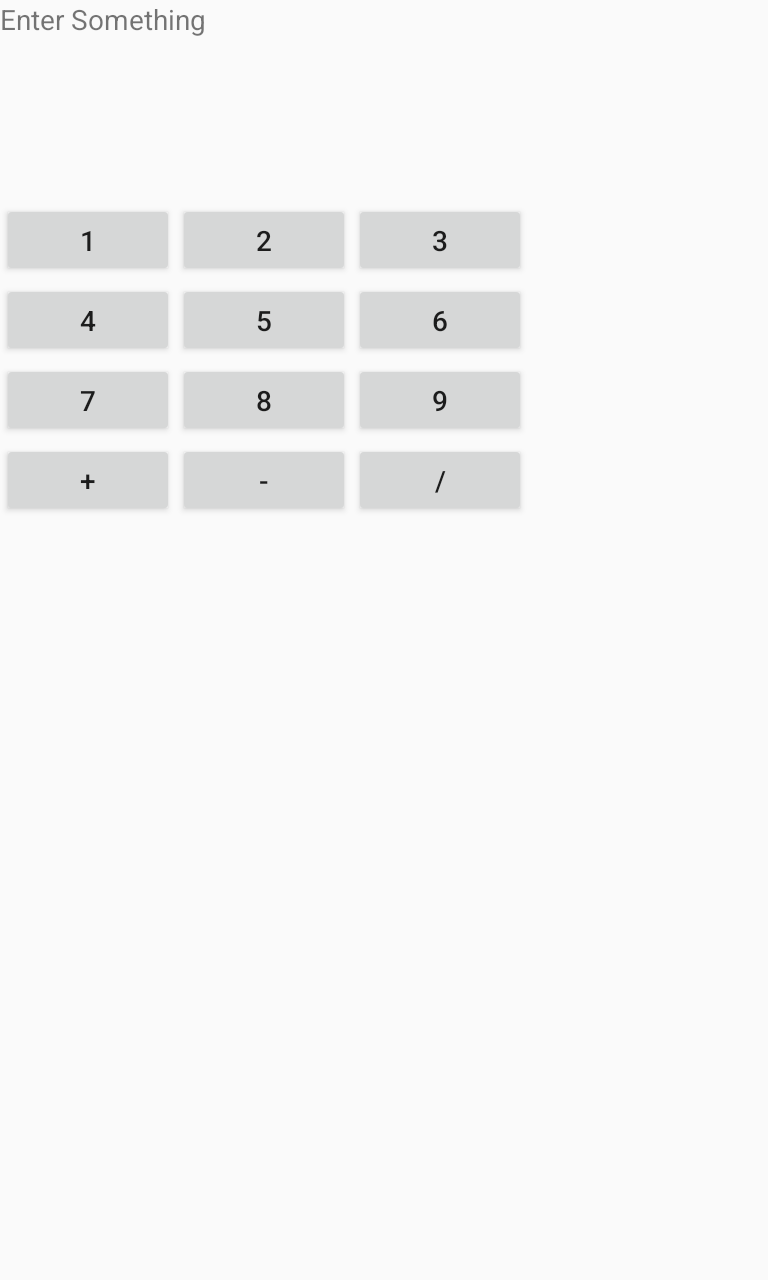
Repository: apoorvelec/AndroidApps
Layout: Calculator/res/layout/activity_main.xml
These files come from the project's save history. The layout is drawn as it stood at one moment and after the next save; the edit follows.
It is drawn on a 768 x 1280 px phone screen (xhdpi) without system bars, with theme AppTheme; the app's code is not run.

Above is the layout before, as saved 2016-05-17 20:12:02.

After the next save:
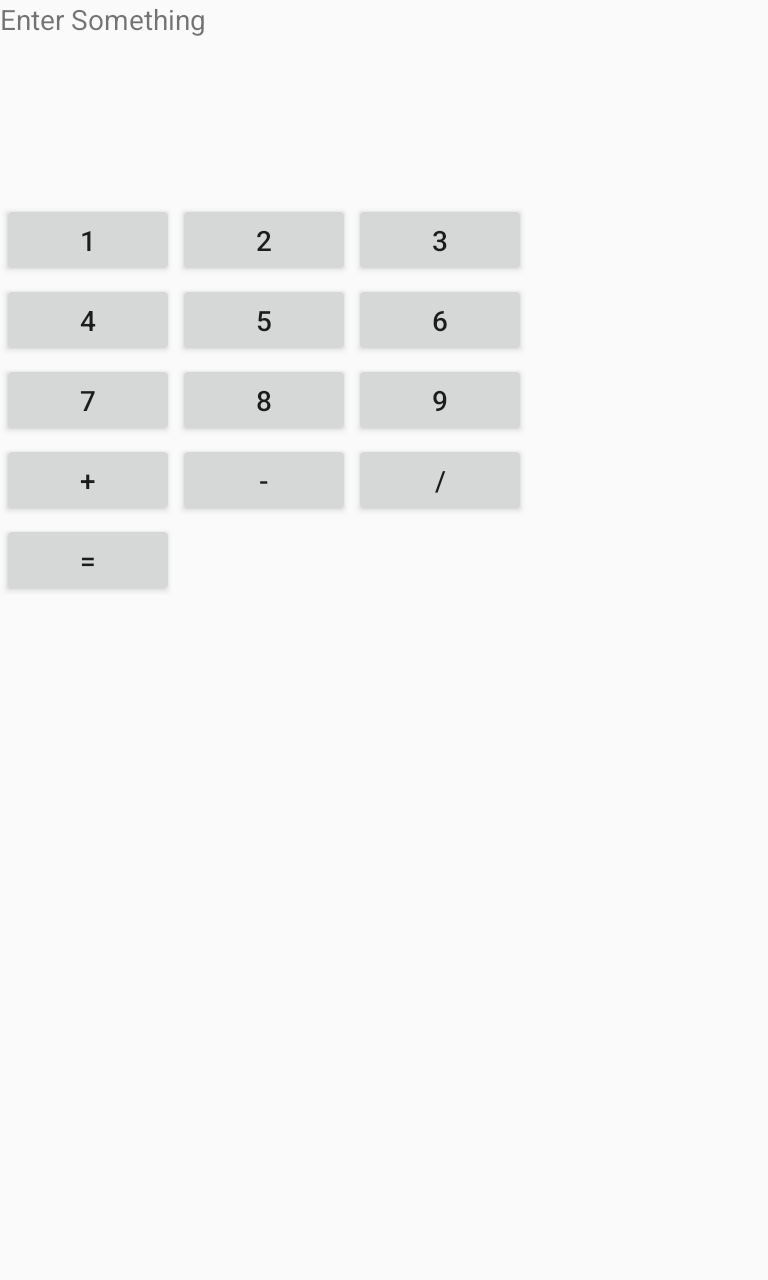
Saved 92 s later.
--- a/Calculator/res/layout/activity_main.xml
+++ b/Calculator/res/layout/activity_main.xml
@@ -90,4 +90,14 @@
       android:onClick="buttonClick" />
    </LinearLayout>
 
+   <LinearLayout android:layout_width="fill_parent"
+   android:layout_height="40dp"
+   android:orientation="horizontal" >
+   	<Button android:id="@+id/button13"
+      android:layout_width="wrap_content"
+      android:layout_height="wrap_content"
+      android:text="="
+      android:onClick="outputResult" />
+   </LinearLayout>
+
 </LinearLayout>
